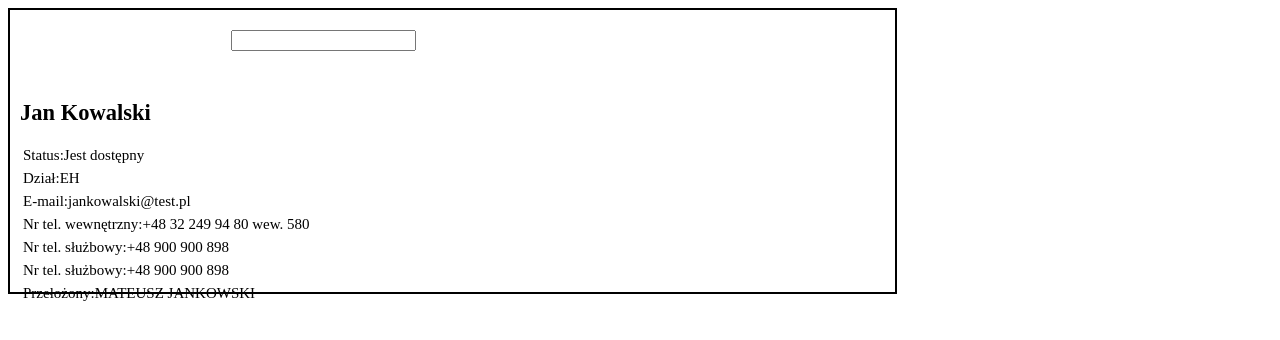
Repository: emdes515/EHpanel
Page: html/dashboardObecnosc.html
These files come from the project's save history. The page is drawn as it stood at one moment and after the next save; the edit follows.
The browser window is 1280 px wide. The pictures show the whole page.

Above is the page before, as saved 2024-04-22 11:13:50.
Console error: ReferenceError: $ is not defined

### html/dashboardObecnosc.html
<style>
		.main {
			width: 70%;
			height: 40%;
			border: 2px solid black;
			display: flex;
			flex-direction: column;
			font-size: 15px;
			max-width: 1000px;
		}

		.inputContainer {
			margin: 20px;
			align-self: center;
			width: 50%;
			height: 10%;
		}

		.info {
			margin: 10px;
		}

		.infoWrapper {
			width: 100%;
			display: flex;
			align-items: baseline;
			margin: 3px;
		}

		.infoContainer {
			display: flex;
			flex-direction: column;
		}


		@media (max-width: 700px) {
			.inputContainer {
				width: 100%;
			}
		}
	}
</style>

<div class="main">
	<div class="inputContainer">
		<input
			id="dashboardObecnoscInput"
			name="dashboardObecnoscInput" />
	</div>

	<div class="info">
		<div>
			<h2>Jan Kowalski</h2>
		</div>
		<div class="infoContainer">
			<div class="infoWrapper">
				<span class="fw-bold text-primary">Status: </span> <span>Jest dostępny</span>
			</div>
			<div class="infoWrapper">
				<span class="fw-bold text-primary">Dział: </span> <span>EH</span>
			</div>
			<div class="infoWrapper">
				<span class="fw-bold text-primary">E-mail: </span> <span>jankowalski@test.pl</span>
			</div>
			<div class="infoWrapper">
				<span class="fw-bold text-primary">Nr tel. wewnętrzny: </span>
				<span>+48 32 249 94 80 wew. 580</span>
			</div>
			<div class="infoWrapper">
				<span class="fw-bold text-primary">Nr tel. służbowy: </span> <span>+48 900 900 898</span>
			</div>
			<div class="infoWrapper">
				<span class="fw-bold text-primary">Nr tel. służbowy: </span> <span>+48 900 900 898</span>
			</div>
			<div class="infoWrapper"">
				<span class="fw-bold text-primary">Przełożony: </span> <span>MATEUSZ JANKOWSKI</span>
			</div>
		</div>
	</div>
</div>

<script
	type="text/javascript"
	src="js/dashboardObecnosc.js"></script>

### js/dashboardObecnosc.js
$(document).ready(function () {
	const pracownicy = ['a', 'b', 'c'];

	const pracownicyNieobecnii_Zdalnie = $('#dashboardObecnoscInput').jqxInput({
		placeHolder: 'Wprowadź dane pracownika',
		height: '100%',
		width: '100%',
		minLength: 1,
		searchMode: 'startswithignorecase',
		source: pracownicy,
	});

	const url = 'https://api.elgor.com.pl/login';
	const apikey =
		'f000983f7ccf9d50418948aeb3eef18484fb354824ca383c64823bd7db18c41b82b90434b9ab30e4f310701d749fa158569573b16a13cbd15fd0b853af04ed77';

	fetch(url, {
		method: 'GET',
		headers: {
			Accept: 'application/json',
			apikey: apikey,
		},
	})
		.then((response) => response.json())
		.then((data) => console.log(data));
});

After the next save:
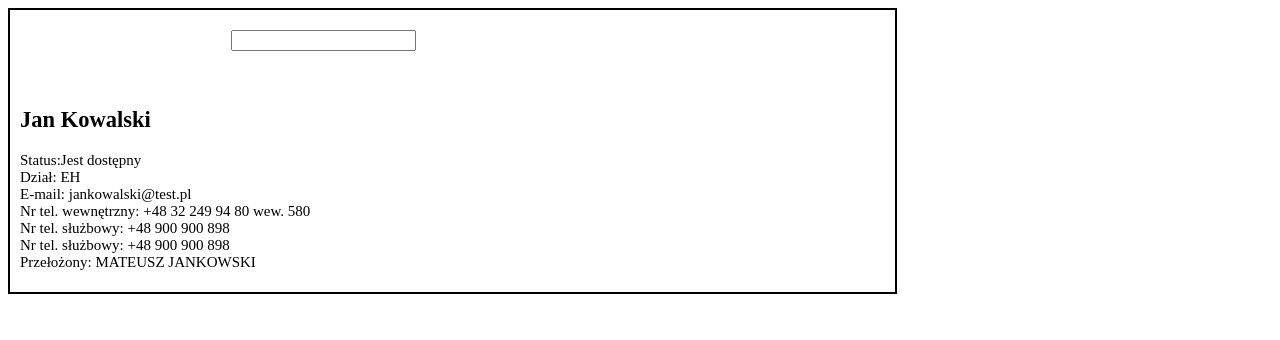
Saved 2 min 37 s later.
--- a/html/dashboardObecnosc.html
+++ b/html/dashboardObecnosc.html
@@ -24,14 +24,7 @@
 			width: 100%;
 			display: flex;
 			align-items: baseline;
-			margin: 3px;
 		}
-
-		.infoContainer {
-			display: flex;
-			flex-direction: column;
-		}
-
 
 		@media (max-width: 700px) {
 			.inputContainer {
@@ -52,27 +45,23 @@
 		<div>
 			<h2>Jan Kowalski</h2>
 		</div>
-		<div class="infoContainer">
+		<div class="">
 			<div class="infoWrapper">
 				<span class="fw-bold text-primary">Status: </span> <span>Jest dostępny</span>
 			</div>
-			<div class="infoWrapper">
-				<span class="fw-bold text-primary">Dział: </span> <span>EH</span>
-			</div>
-			<div class="infoWrapper">
-				<span class="fw-bold text-primary">E-mail: </span> <span>jankowalski@test.pl</span>
-			</div>
-			<div class="infoWrapper">
+			<div><span class="fw-bold text-primary">Dział: </span> <span>EH</span></div>
+			<div><span class="fw-bold text-primary">E-mail: </span> <span>jankowalski@test.pl</span></div>
+			<div>
 				<span class="fw-bold text-primary">Nr tel. wewnętrzny: </span>
 				<span>+48 32 249 94 80 wew. 580</span>
 			</div>
-			<div class="infoWrapper">
+			<div>
 				<span class="fw-bold text-primary">Nr tel. służbowy: </span> <span>+48 900 900 898</span>
 			</div>
-			<div class="infoWrapper">
+			<div>
 				<span class="fw-bold text-primary">Nr tel. służbowy: </span> <span>+48 900 900 898</span>
 			</div>
-			<div class="infoWrapper"">
+			<div>
 				<span class="fw-bold text-primary">Przełożony: </span> <span>MATEUSZ JANKOWSKI</span>
 			</div>
 		</div>
